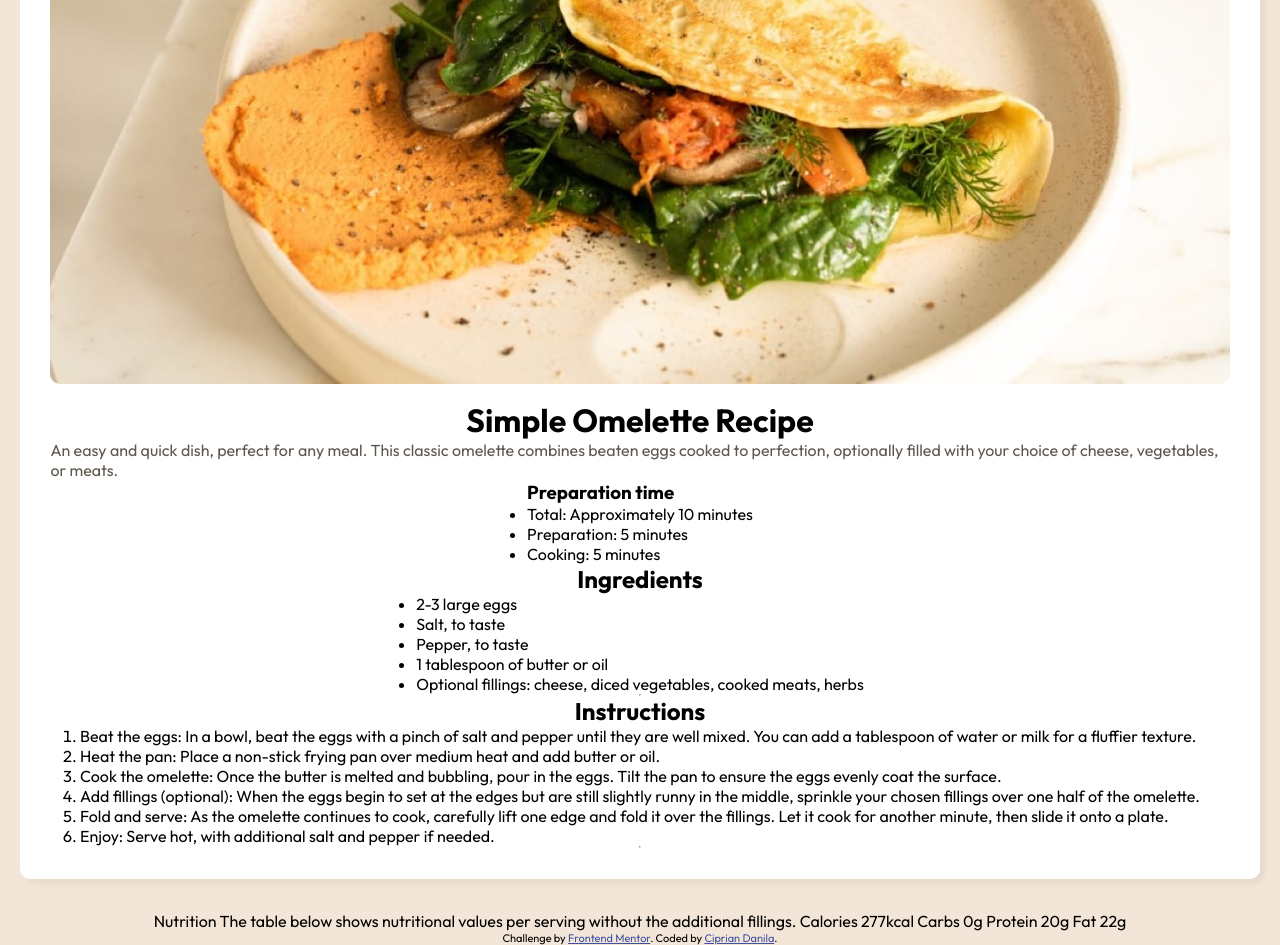
Repository: cipdanila/recipe-page
Page: index.html
These files come from the project's save history. The page is drawn as it stood at one moment and after the next save; the edit follows.
The browser window is 1280 px wide. The pictures show the whole page.

Above is the page before, as saved 2024-01-21 16:27:39.

After the next save:
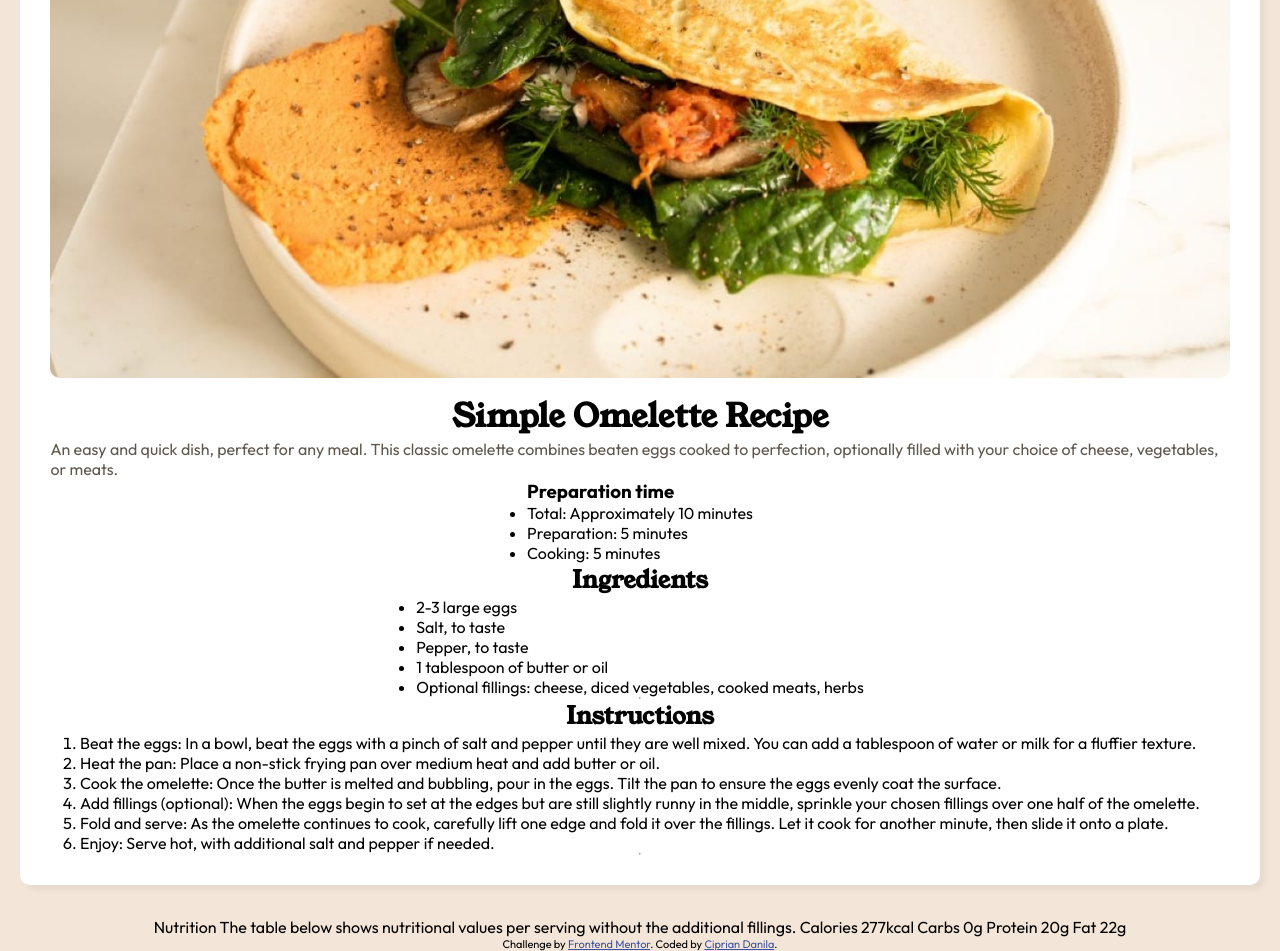
Saved 12 s later.
--- a/styles.css
+++ b/styles.css
@@ -39,7 +39,7 @@
 }
 
 h1, h2 {
-
+    font-family: var(--font-heads);
 }
 
 p {
